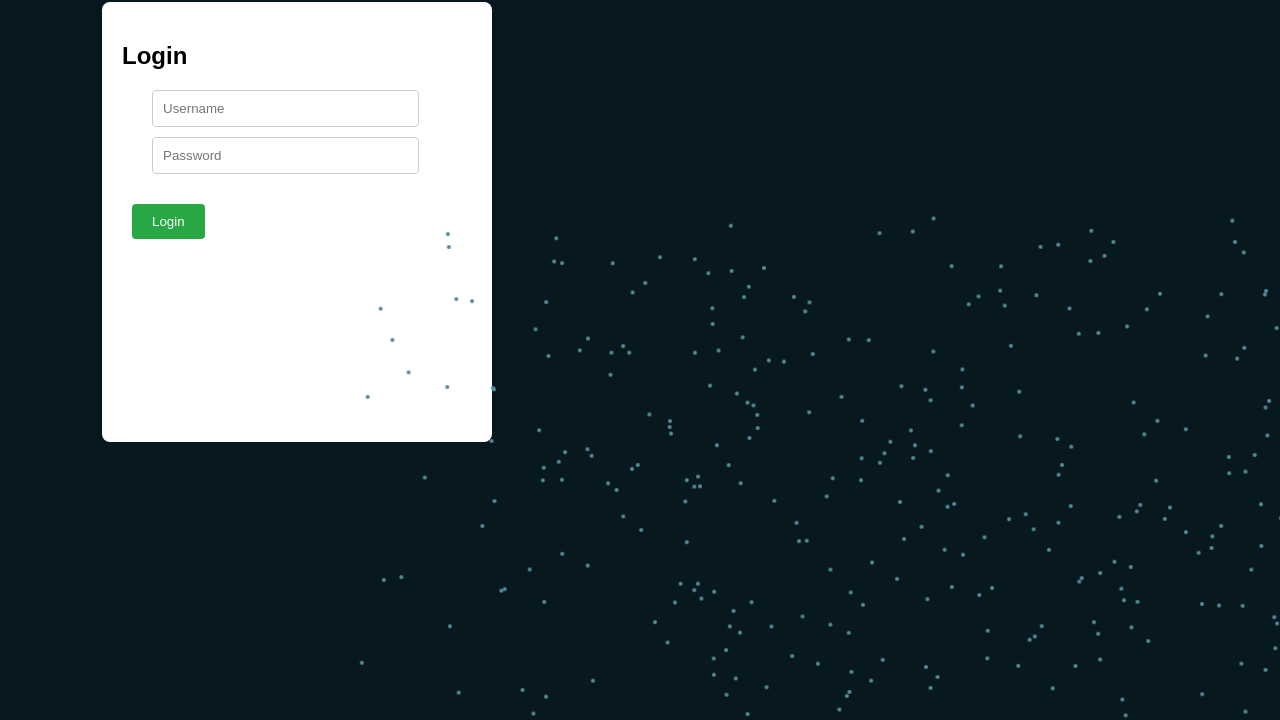
Repository: Anadi-Chauhan/Mentorship-binarybuddy
Page: login.html
The author's editor kept a copy of each file at every save. The page is drawn from the files as they stood at one save, then again after the next save.
The browser window is 1280 px wide. The pictures show the whole page.

Above is the page before, as saved 2024-10-19 10:21:14.

### login.html
<!DOCTYPE html>
<html lang="en">
<head>
    <meta charset="UTF-8">
    <meta name="viewport" content="width=device-width, initial-scale=1.0">
    <title>Login Example</title>
    <link rel="stylesheet" href="stars.css">
    <link rel="stylesheet" href="login.css">
</head>
<body>
    <div id="stars"></div>
    <div class="container">
        <div id="login-form">
            <h2>Login</h2>
            <input type="text" id="username" placeholder="Username" required>
            <input type="password" id="password" placeholder="Password" required>
            <button onclick="login()">Login</button>
            <p id="login-error"></p>
        </div>

        <div id="welcome-section" style="display: none;">
            <h2>Welcome, <span id="user-name"></span>!</h2>
            <button onclick="logout()">Logout</button>
        </div>
    </div>

    <script src="stars.js" ></script>
    <script src="login.js"></script>
</body>
</html>

### stars.css
#stars {
    position: sticky;
    top: 0;
    left: 0;
    width: 100%;
    height: 100%;
}

.star {
    position: fixed;
    background: rgb(86, 140, 155);
    width: 4px;
    height: 4px;
    border-radius: 50%;
    animation: moveStar linear infinite;
}
@keyframes moveStar {
    0% {
        transform: translate(0, 0);
    }
    100% {
        transform: translate(calc(100vw * 0.5), calc(100vh * 0.5));
    }
}

### login.css
body {
    font-family: Arial, sans-serif;
    /* display: flex; */
    /* justify-content: center; */
    /* align-items: center; */
    /* height: 100vh; */
    background-color: #f0f0f0;
    margin: 0;
    border: 2px solid color(srgb 0.0264 0.0958 0.1204);
    background-color: color(srgb 0.0264 0.0958 0.1204);
}

.container {
    background-color: white;
    margin-left: 100px;
    z-index: 10;
    width: 350px;
    height: 400px;
    padding: 20px;
    border-radius: 8px;
    box-shadow: 0 0 10px rgba(0, 0, 0, 0.1);
}

input {
    display: block;
    margin: 10px 0;
    padding: 10px;
    width: 70%;
    margin-top: 10px;
    margin-left: 30px;
    border: 1px solid #ccc;
    border-radius: 4px;
}

button {
    padding: 10px 20px;
    background-color: #28a745;
    margin-top: 20px;
    margin-left: 10px;
    color: white;
    border: none;
    border-radius: 4px;
    cursor: pointer;
}

button:hover {
    background-color: #218838;
}

#error {
    color: red;
}

### stars.js
// Number of stars to create
const numStars = 600;
// Generate stars
for (let i = 0; i < numStars; i++) {
    const star = document.createElement('div');
    star.className = 'star';
    star.style.top = `${Math.random() * 100}%`;
    star.style.left = `${Math.random() * 100}%`;
    star.style.animationDuration = `${Math.random() * 5 + 5}s`; // Randomize animation duration
    star.style.animationDelay = `${Math.random() * 0}s`; // Randomize animation delay
    document.getElementById('stars').appendChild(star);
}

### login.js
// Script to handle login and logout
function login() {
    const username = document.getElementById("username").value;
    const password = document.getElementById("password").value;

    if (username === "admin" && password === "1234") {
        document.getElementById("login-form").style.display = "none";
        document.getElementById("welcome-section").style.display = "block";
        document.getElementById("user-name").textContent = username;
        document.getElementById("login-error").textContent = "";
        window.location.href = "./index.html";
    } else {
        document.getElementById("login-error").textContent = "Invalid credentials!";
    }
}

function logout() {
    document.getElementById("login-form").style.display = "block";
    document.getElementById("welcome-section").style.display = "none";
    document.getElementById("username").value = "";
    document.getElementById("password").value = "";
}

After the next save:
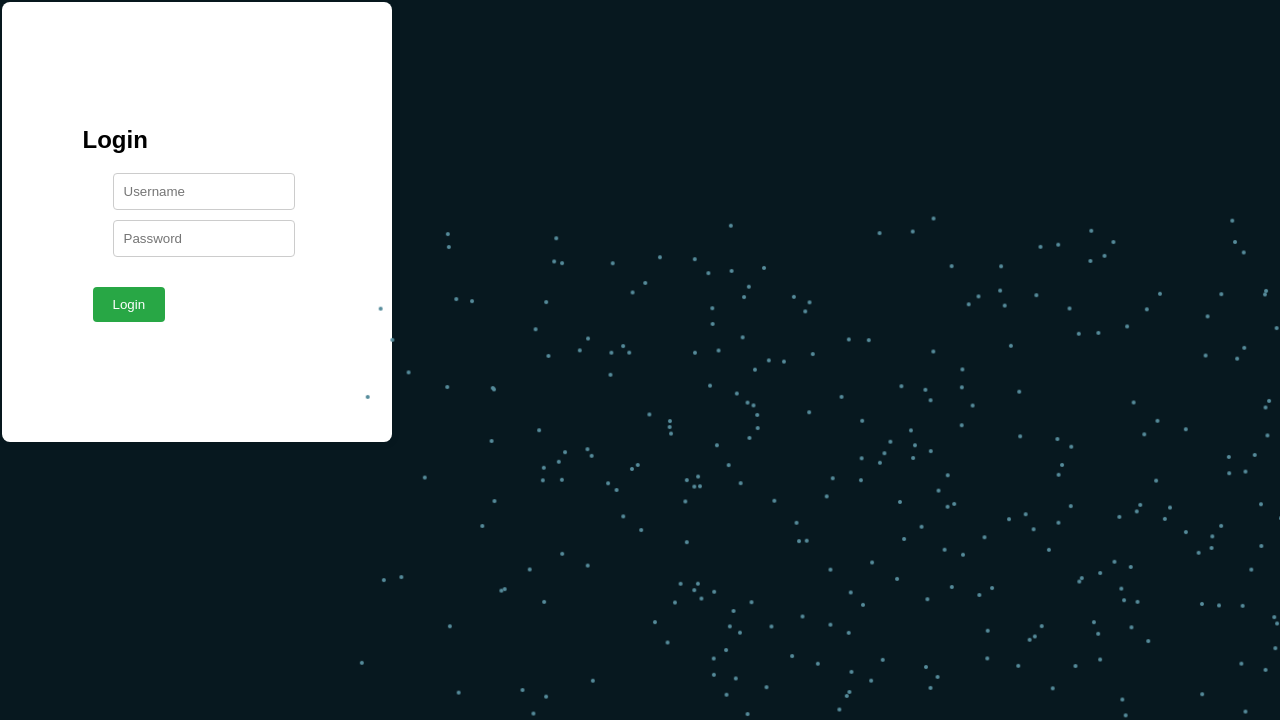
Saved 17 s later.
--- a/login.css
+++ b/login.css
@@ -12,7 +12,9 @@ body {
 
 .container {
     background-color: white;
-    margin-left: 100px;
+    display: grid;
+    justify-content: center;
+    align-items: center;
     z-index: 10;
     width: 350px;
     height: 400px;
